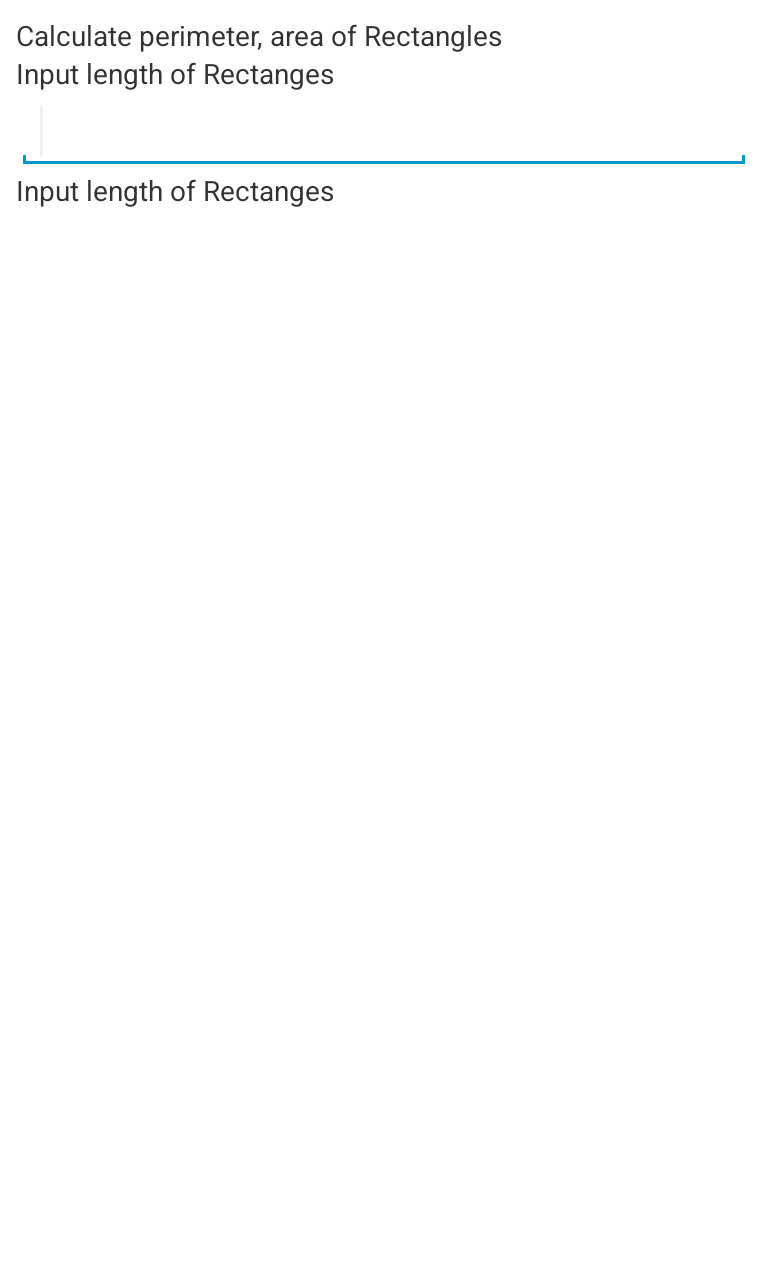
Repository: LightWay152/Lesson1_Variable_Type_Operations
Layout: Perimeter_Area_Rectangles_Circles/res/layout/activity_main.xml
These files come from the project's save history. The layout is drawn as it stood at one moment and after the next save; the edit follows.
It is drawn on a 768 x 1280 px phone screen (xhdpi) without system bars, with theme AppTheme; the app's code is not run.

Above is the layout before, as saved 2017-01-01 08:40:22.

After the next save:
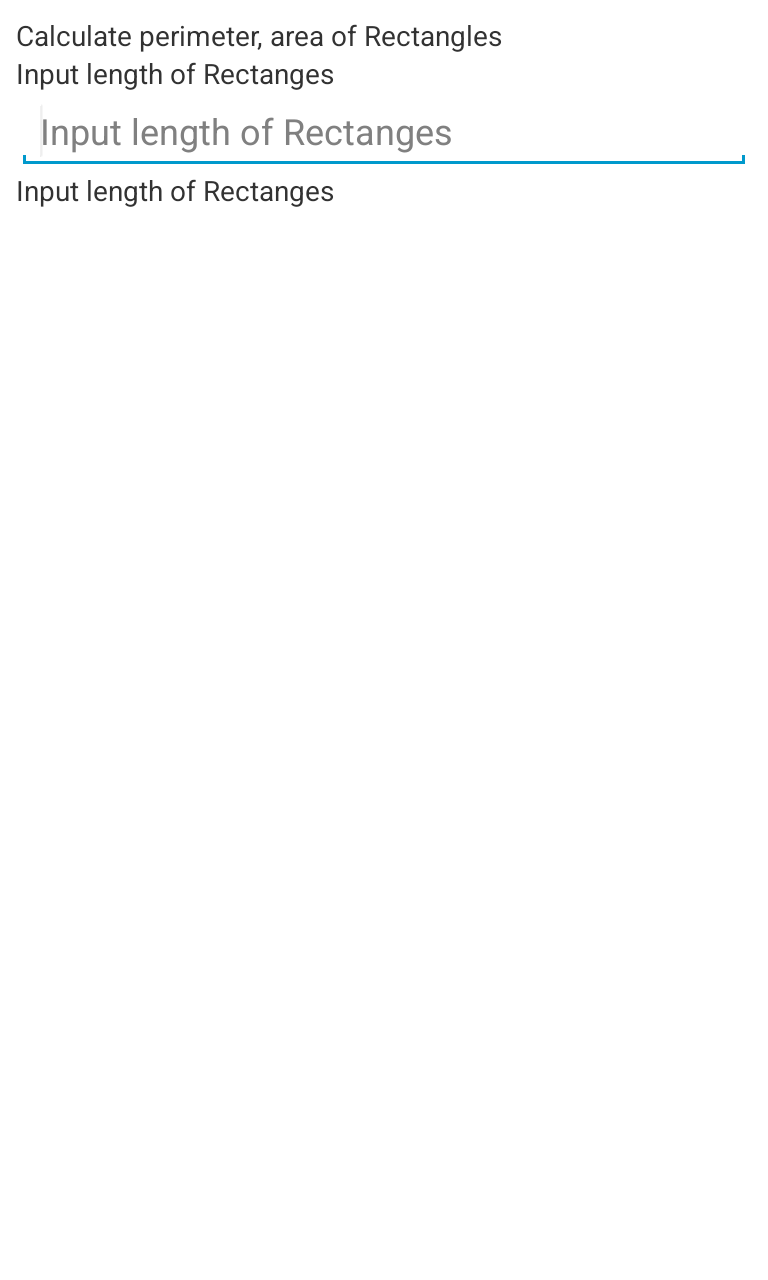
Saved 39 s later.
--- a/Perimeter_Area_Rectangles_Circles/res/layout/activity_main.xml
+++ b/Perimeter_Area_Rectangles_Circles/res/layout/activity_main.xml
@@ -18,6 +18,7 @@
         android:id="@+id/editText1"
         android:layout_width="match_parent"
         android:layout_height="wrap_content"
+        android:hint="@string/input_length"
         android:ems="10" >
 
         <requestFocus />
